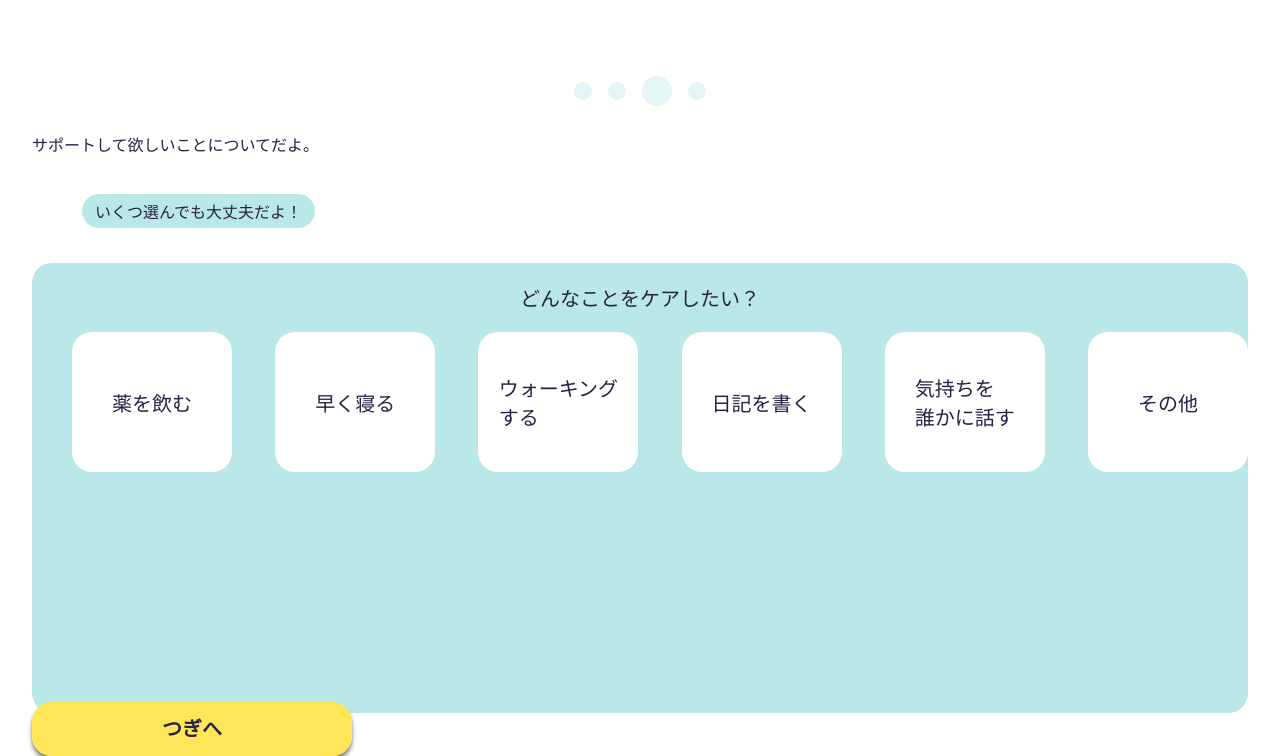
Repository: misaki0919/Self-care
Page: support.html
These files come from the project's save history. The page is drawn as it stood at one moment and after the next save; the edit follows.
The browser window is 1280 px wide. The pictures show the whole page.
Some web fonts or font styles are not loaded; a fallback is used.

Above is the page before, as saved 2026-07-19 10:46:13.

### support.html
<!DOCTYPE html>
<html lang="jp">
<head>
    <meta charset="UTF-8">
    <meta name="viewport" content="width=device-width, initial-scale=1.0">
    <title>サポートページ</title>
    <link href="css/support.css" rel="stylesheet">
    <link rel="preconnect" href="https://fonts.googleapis.com">
    <link rel="preconnect" href="https://fonts.gstatic.com" crossorigin>
    <link href="https://fonts.googleapis.com/css2?family=Archivo+Black&family=Noto+Serif+JP:wght@200..900&family=Zen+Maru+Gothic&display=swap" rel="stylesheet">
</head>
<body>
    <div class="circle_wrap">
        <div class="circle"></div>
        <div class="circle"></div>
        <div class="diffrent_circle"></div>
        <div class="circle"></div>
    </div>
    <p class="support">サポートして欲しいことについてだよ。</p>
    <p class="choose">いくつ選んでも大丈夫だよ！</p>
    <div class="wrap">
        <p class="care">どんなことをケアしたい？</p>
        <ul>
            <li>薬を飲む</li>
            <li>早く寝る</li>
            <li>ウォーキング<br>する</li>
            <li>日記を書く</li>
            <li>気持ちを<br>誰かに話す</li>
            <li>その他</li>
        </ul>
    </div>
    <a href="" class="next zen-maru-gothic-regular">つぎへ</a>

</body>
</html>

### css/support.css
body{
    background-color: #FFFFFE;
    color: #272343;
    padding-left: 24px;
    padding-right: 24px;
}
.zen-maru-gothic-regular {
    font-family: "Zen Maru Gothic", sans-serif;
    font-weight: 600;
    font-style: normal;
}
.circle_wrap{
    display: flex;
    justify-content: center;
    margin-top: 76px;
    gap: 16px;
    align-items: center;
    .diffrent_circle{
        width: 30px;
        height: 30px;
        background-color: #E3F6F5;
        border-radius: 50%;

    }
    .circle{
        width: 18px;
        height: 18px;
        background-color: #E3F6F5;
        border-radius: 50%;
        text-align: center;

    }
}
.support{
    font-size: 16px;
    margin: 26px 38px 0 0;
}
.choose{
    font-size: 16px;
    background-color: #BAE8E8;
    border-radius: 20px;
    width: 233px;
    height: 34px;
    display: flex;
    justify-content: center;
    align-items: center;
    margin-left: 50px;
    margin-bottom: 35px;
    margin-top: 38px;
}
.wrap{
    background-color: #BAE8E8;
    height: 450px;
    border-radius: 20px;
    .care{
        font-size: 20px;
        text-align: center;
        padding-top: 20px;
    }
    ul{
        display: flex;
        justify-content: space-between;
        flex-wrap: wrap;
        li{
            background-color: #FFFFFF;
            display: flex;
            justify-content: center;
            border-radius: 20px;
            list-style: none;
            height: 140px;
            width: 160px;
            align-items: center;
            font-size: 20px;

        }
    }
}




.next{
    font-size: 20px;
    background-color: #FFE558;
    border-radius: 20px;
    padding: 16px 130px;
    text-align: center;
    text-decoration: none;
    color: #272343;
    box-shadow: #7b7b7b 0px 4px 4px 0px;
}

After the next save:
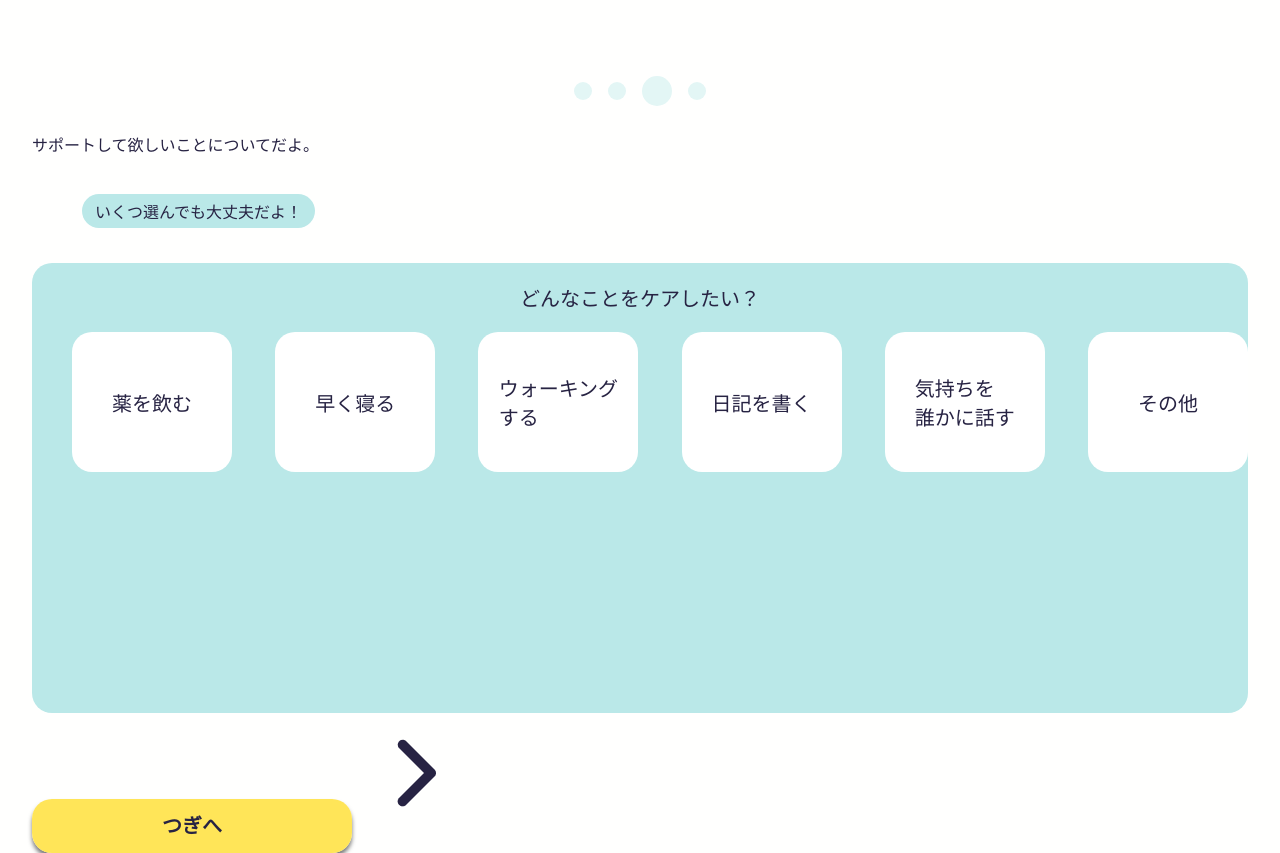
Saved 2 min 40 s later.
--- a/support.html
+++ b/support.html
@@ -29,7 +29,10 @@
             <li>その他</li>
         </ul>
     </div>
-    <a href="" class="next zen-maru-gothic-regular">つぎへ</a>
+    <div class="images-wrap">
+        <a href="support.html" class="next zen-maru-gothic-regular">つぎへ</a>
+        <img class="images" src="images/next.png" alt="画像">
+    </div>
 
 </body>
 </html>

After the save that followed:
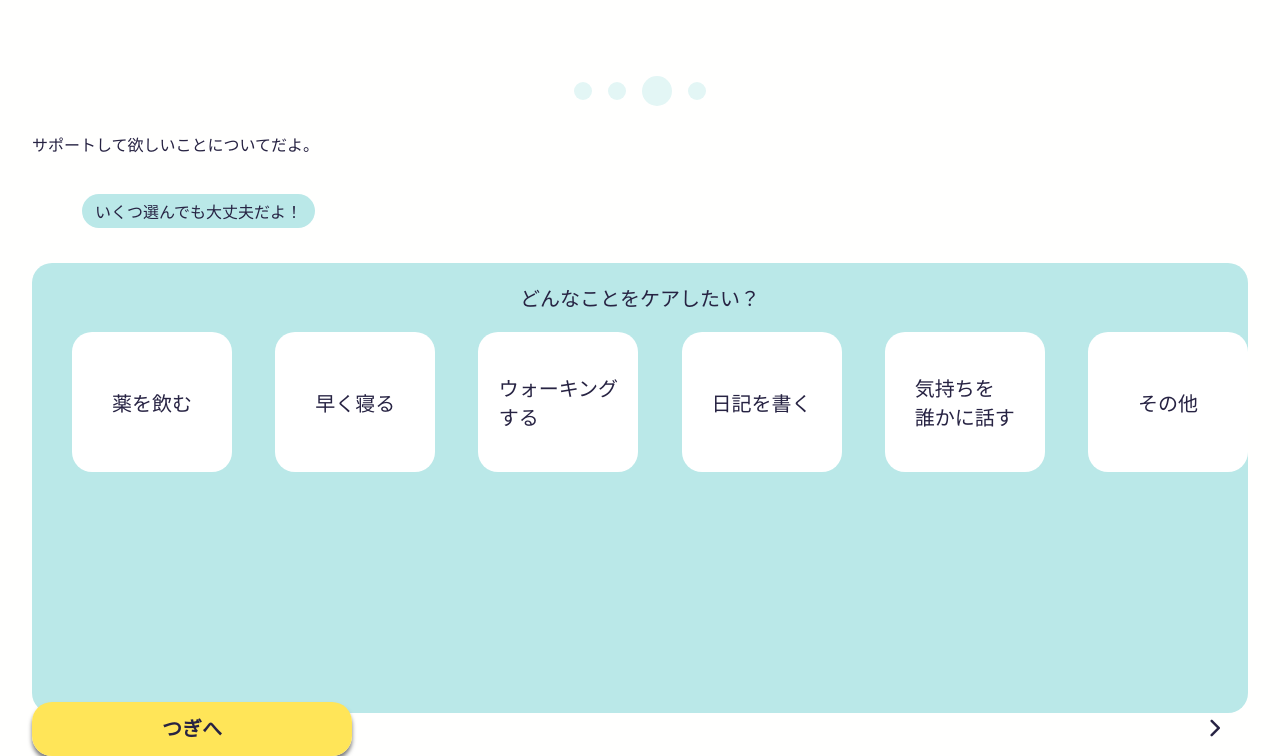
Saved 35 s later.
--- a/css/support.css
+++ b/css/support.css
@@ -89,3 +89,13 @@ body{
     color: #272343;
     box-shadow: #7b7b7b 0px 4px 4px 0px;
 }
+images-wrap{
+    position: relative;
+}
+.images{
+    width: 30px;
+    position: absolute;
+    right: 20px;
+    /* background-color: tomato; */
+    margin-right: 30px;
+}
